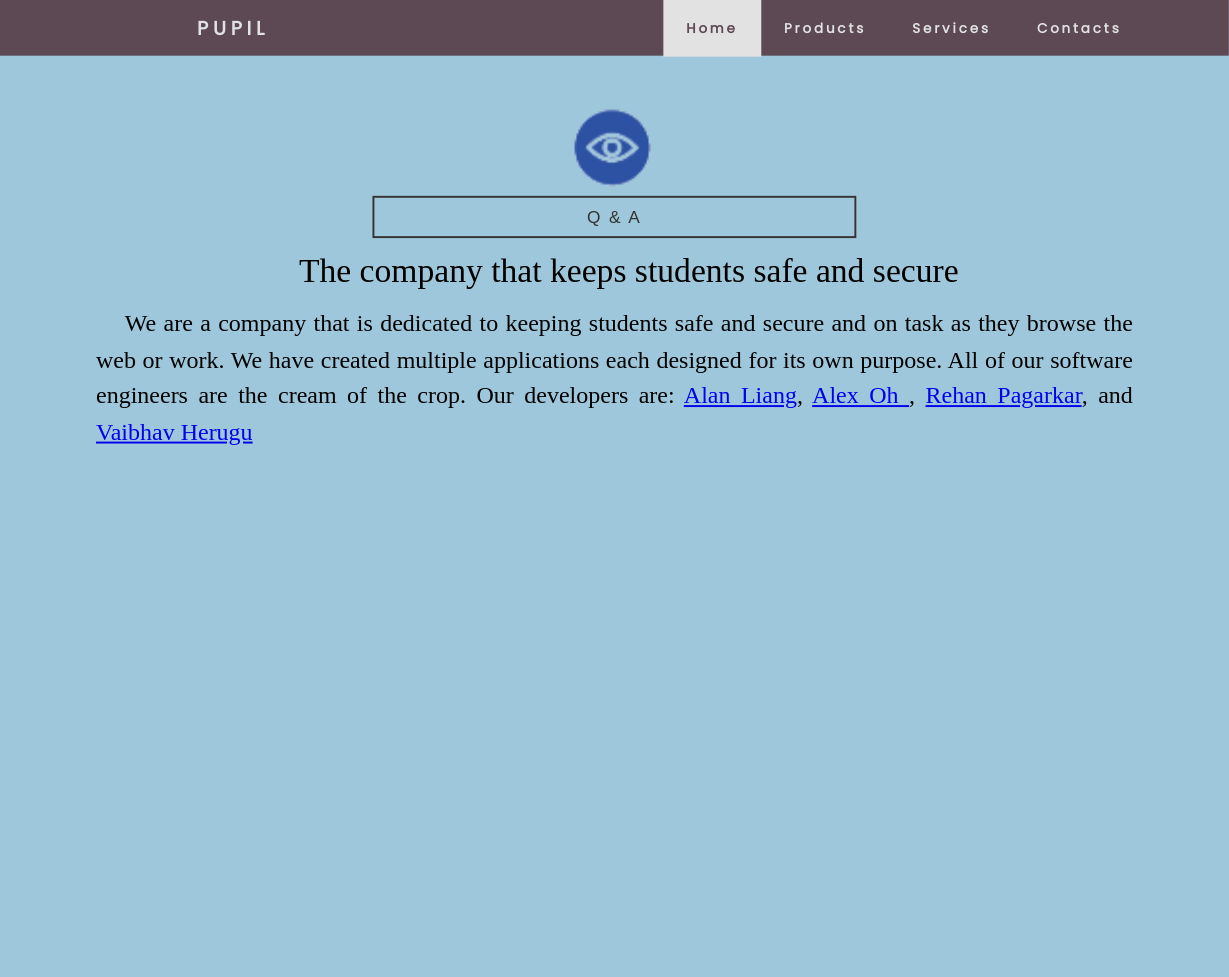
Repository: alexoh205/Pupil
Page: index.html
The author's editor kept a copy of each file at every save. The page is drawn from the files as they stood at one save, then again after the next save.
The browser window is 1280 px wide. The pictures show the whole page, at 96% of full size.
Some web fonts or font styles are not loaded; a fallback is used.

Above is the page before, as saved 2020-06-29 10:19:13.

### index.html
<!DOCTYPE html>
<html>

<head lang='en'>
    <meta charset='utf-8'>
    <link href="https://fonts.googleapis.com/css2?family=Comfortaa&display=swap" rel="stylesheet">
    <link href="https://fonts.googleapis.com/css2?family=Orbitron&display=swap" rel="stylesheet">
    <link href="https://fonts.googleapis.com/css2?family=Poppins&display=swap" rel="stylesheet">
    <link href="https://fonts.googleapis.com/css2?family=Open+Sans:wght@300&display=swap" rel="stylesheet">
    <link rel="stylesheet" href="templates/style.css">
    <title>Pupil</title>
</head>

<body class="background">
    <nav>
        <div class="logo">
            <h4>Pupil</h4>
        </div>
        <ul class="nav-links">
            <li>
                <a href="index.html" class="active">Home</a>
            </li>
            <li>
                <a href="templates/apps.html">Products</a>
            </li>
            <li>
                <a href="templates/services.html">Services</a>
            </li>
            <li>
                <a href="templates/contact_info.html">Contacts</a>
            </li>

        </ul>
        <div class="burger">
            <div class="line1"></div>
            <div class="line2"></div>
            <div class="line3"></div>
        </div>
    </nav>
    <script src="app.js"></script>
    <div class="main">
        <div>
            <div class='images'>
                <img src="templates/logo_pupil.png" alt="Our Logo" height=100>
            </div>
            <div class="wrapper">
                <a class="buttons" href="templates/q_n_a.html"><span>Q & A</span></a>
            </div>
        </div>
        <div>
            <p id='promise' style='font-size: 35px'>The company that keeps students safe and secure</p>
            <p id='about_us' style='font-size: 25px; margin-left: 100px; margin-right: 100px;'>We are a company that is dedicated to keeping students safe and secure and on task as they browse the web or work. We have created multiple applications each designed for its own purpose. All of our software engineers are the cream of the
                crop. Our developers are: <a href="templates/alan_bio.html">Alan Liang</a>, <a href="templates/alex_bio.html">Alex Oh </a>, <a href="templates/rehan_bio.html">Rehan Pagarkar</a>, and <a href="templates/vaibhav_bio.html">Vaibhav Herugu</a></p>
        </div>
    </div>
</body>

</html>

### templates/style.css
@font-face {
    src: url(Helvetica.ttf);
    font-family: Helvetica;
}
* {
    margin: 0;
    padding: 0;
}/*reset code*/
h2 {
    font-family: 'Comfortaa', cursive;
    font-style: normal;
    text-align: center;
    text-decoration: underline;
    color: #C20401;
}
h3 {
    font-family: 'Open Sans', sans-serif;
    font-size: 28px;
    font-style: normal;
    text-align: center;
    text-decoration: underline;
    line-height: 100px;
}
.headers {
    font-size: 24px;
    line-height: 40px;
    margin-top: 20px;
}
ul {
    text-align: center;
}
p {
    font-family: Helvetica;
    font-size: 20px;
    text-indent: 30px;
    line-height: 24px;
    text-align: justify;
}
.main {
    margin-top: 100px;
}
.contact_info {
    line-height: 30px;
}
.Bios {
    margin-left: 400px;
    margin-right: 400px;
    margin-top: 20px;
}
.form {
    text-indent: 0px;
    line-height: 40px;
}
form .submit {
    background: #ff5722;
    border-color: transparent;
    color: #fff;
    font-size: 20px;
    font-weight: bold;
    letter-spacing: 2px;
    height: 50px;
    margin-top: 20px;
    padding-left: 20px;
    padding-right: 20px;
}
form .submit:hover {
    background-color: #f44336;
    cursor: pointer;
}
.buttons {
    display: block;
    width: 500px;
    line-height: 40px;
    font-size: 18px;
    font-family: sans-serif;
    text-decoration: none;
    color: #333;
    position: relative;
    border: 2px solid #333;
    letter-spacing: 2px;
    text-align: center;
    transition: all .35s;
    margin: auto;
}
.buttons span {
    position: relative;
    z-index: 2;
}
.buttons:after {
    position: absolute;
    content: "";
    top: 0;
    left: 0;
    width: 0;
    height: 100%;
    background: #ff003b;
    transition: all .35s;
}
.buttons:hover {
    color: #fff;
}
.buttons:hover:after {
    width: 100%;
}
.images {
    text-align: center;
}
div#Title {
    background-color: #10044A;
    text-align: center;
}
p#promise {
    text-align: center;
    font-family: 'Comfortaa', cursive;
    color: black;
    line-height: 200%;
    font-size: 50px;
}
p#about_us {
    font-family: 'Comfortaa', cursive;
    line-height: 1.5;
    color: black;
    height: 700px;
}
#saying {
    font-family: 'Open Sans', sans-serif;
    line-height: 50px;
    text-align: center;
}
.background {
    background-color: #9FC7DB;
    background-size: cover;
}
.button {
    cursor: pointer;
    transition-duration: 0.4s;
}
header {
    position: absolute;
    top: 0;
    left: 0;
    padding: 0 100px;
    background: #262626;
    width: 100%;
    box-sizing: border-box;
}
nav {
    position: fixed;
    top: 0;
    left: 0;
    z-index: 9999;
    width: 100%;
    display: flex;
    justify-content: space-around;
    align-items: center;
    min-height: 8vh;
    background-color: #5d4954;
    font-family: 'Poppins', sans-serif;
}
.logo {
    font-family: 'Poppins', sans-serif;
    color: rgb(226, 226, 226);
    text-transform: uppercase;
    letter-spacing: 5px;
    font-size: 20px;
    text-decoration: none;
}
.nav-links {
    display: flex;
    justify-content: space-around;
    width: 30%; /*You can play around with the width */
}
.nav-links li {
    list-style: none; /*Removing the bullet points*/
}
.nav-links a{
    color: rgb(226, 226, 226);
    text-decoration: none;
    letter-spacing: 3px;
    font-weight: bold;
    font-size: 14px;
    padding: 29px 24px;
}
.burger {
    display: none;
    cursor: pointer;
}
.burger div {
    width: 25px;
    height: 3px;
    background-color: rgb(226, 226, 226);
    margin: 5px;
    transition: all 0.3s ease;
}
.nav-links a.active {
    color: #5d4954;
    background-color: rgb(226, 226, 226);
}
@media screen and (max-width:1024px) {
    .nav-links {
        width: 60%;
    }
}
@media screen and (max-width:768px) {
    body {
        overflow-x: hidden;
    }
    .nav-links {
        position: absolute;
        right: 0px;
        height: 92vh;
        top: 8vh;
        background-color: #5d4954;
        display: flex;
        flex-direction: column;
        align-items: center;
        width: 50%;
        transform: translateX(100%);
        transition: transform 0.5s ease-in;
    }
    .nav-links li {
        opacity: 0;
    }
    .nav-links a {
        padding: 29px 160px;
    }
    .burger {
        display: block;
    }
}
@media screen and (max-width: 704px) {
    .nav-links a {
        padding: 29px 143px;
    }
}
@media screen and (max-width: 640px) {
    .nav-links a {
        padding: 29px 126px;
    }
}
@media screen and (max-width: 512px) {
    .nav-links a {
        padding: 29px 95px;
    }
}
@media screen and (max-height:768px) and (min-width: 768.1px) {
    .nav-links a {
        padding: 20px 24px;
    }
}
@media screen and (max-height:512px) and (min-width: 768.1px) {
    .nav-links a {
        padding: 9px 24px;
    }
}
@media screen and (max-height:320px) and (min-width:768.1px) {
    .nav-links a {
        padding: 3px 24px;
    }
}
.nav-active{
    transform: translateX(0%);
}
@keyframes navLinkFade {
    from {
        opacity: 0;
        transform: translateX(50px);
    }
    to {
        opacity: 1;
        transform: translateX(0px);
    }
}
.toggle .line1 {
    transform: rotate(-45deg) translate(-5px, 6px);
}
.toggle .line2 {
    opacity: 0;
}
.toggle .line3 {
    transform: rotate(45deg) translate(-5px, -6px);
}

### app.js
const formInputs = document.querySelectorAll('.input_form');
const navSlide = () => {
    const burger = document.querySelector('.burger');
    const nav = document.querySelector('.nav-links');
    const navLinks = document.querySelectorAll('.nav-links li');

    burger.addEventListener('click',() => {
        //Toggle Nav
        nav.classList.toggle('nav-active');

        //Animate Links
        navLinks.forEach((link, index) => {
            if(link.style.animation) {
                link.style.animation = '';
            } else {
                link.style.animation = `navLinkFade 0.5s ease forwards ${index / 7 + 0.3}s`;
            }
        });
        //Burger Animation
        burger.classList.toggle('toggle');

    });

}

navSlide();

function submited() {
    alert('Your question has been submited!');
}

After the next save:
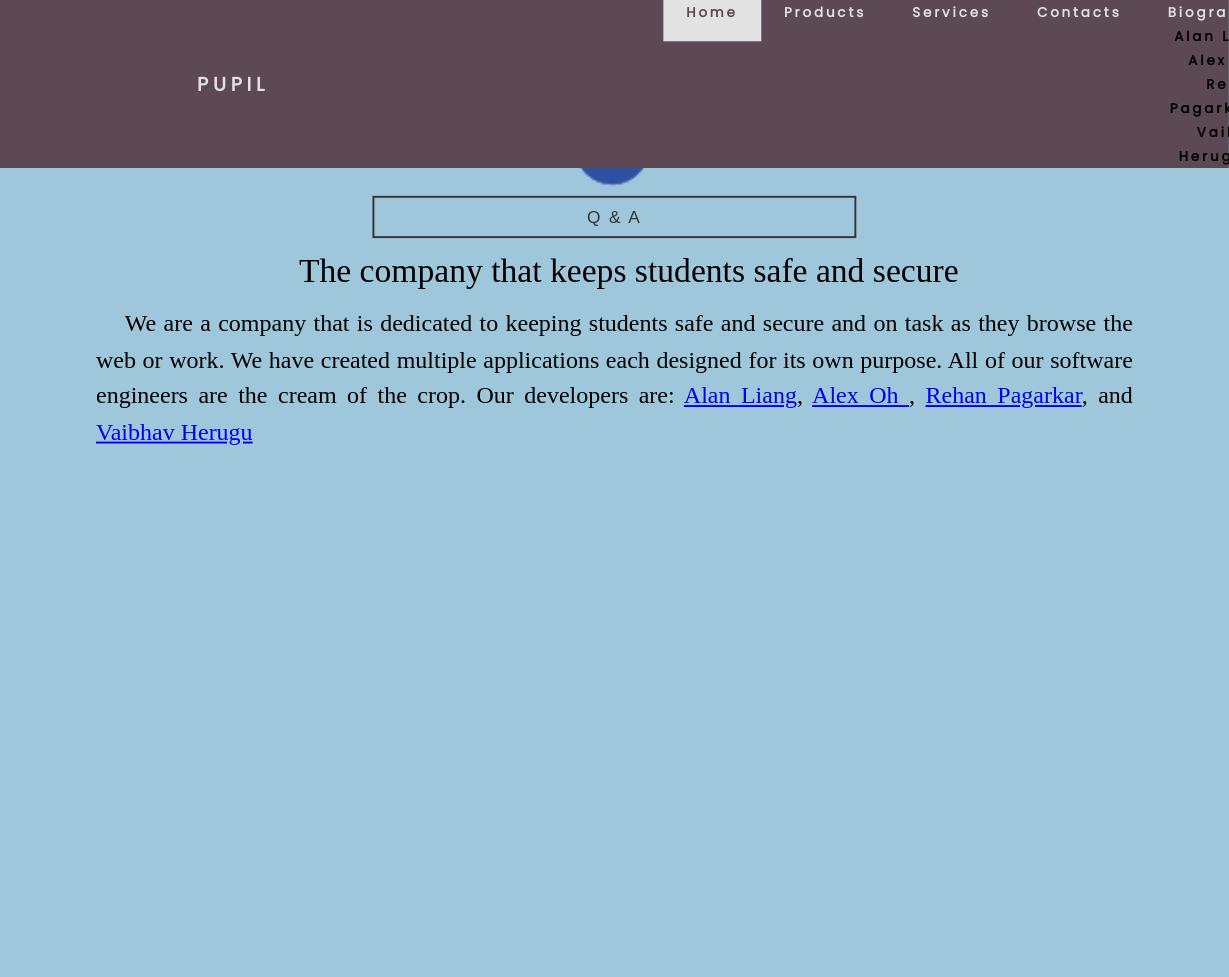
Saved 112 s later.
--- a/index.html
+++ b/index.html
@@ -1,58 +1,70 @@
 <!DOCTYPE html>
 <html>
-
-<head lang='en'>
-    <meta charset='utf-8'>
-    <link href="https://fonts.googleapis.com/css2?family=Comfortaa&display=swap" rel="stylesheet">
-    <link href="https://fonts.googleapis.com/css2?family=Orbitron&display=swap" rel="stylesheet">
-    <link href="https://fonts.googleapis.com/css2?family=Poppins&display=swap" rel="stylesheet">
-    <link href="https://fonts.googleapis.com/css2?family=Open+Sans:wght@300&display=swap" rel="stylesheet">
-    <link rel="stylesheet" href="templates/style.css">
-    <title>Pupil</title>
-</head>
-
-<body class="background">
-    <nav>
-        <div class="logo">
-            <h4>Pupil</h4>
-        </div>
-        <ul class="nav-links">
-            <li>
-                <a href="index.html" class="active">Home</a>
-            </li>
-            <li>
-                <a href="templates/apps.html">Products</a>
-            </li>
-            <li>
-                <a href="templates/services.html">Services</a>
-            </li>
-            <li>
-                <a href="templates/contact_info.html">Contacts</a>
-            </li>
-
-        </ul>
-        <div class="burger">
-            <div class="line1"></div>
-            <div class="line2"></div>
-            <div class="line3"></div>
-        </div>
-    </nav>
-    <script src="app.js"></script>
-    <div class="main">
-        <div>
-            <div class='images'>
-                <img src="templates/logo_pupil.png" alt="Our Logo" height=100>
+    <head lang='en'>
+        <meta charset='utf-8'>
+        <link href="https://fonts.googleapis.com/css2?family=Comfortaa&display=swap" rel="stylesheet">
+        <link href="https://fonts.googleapis.com/css2?family=Orbitron&display=swap" rel="stylesheet">
+        <link href="https://fonts.googleapis.com/css2?family=Poppins&display=swap" rel="stylesheet">
+        <link href="https://fonts.googleapis.com/css2?family=Open+Sans:wght@300&display=swap" rel="stylesheet">
+        <link rel="stylesheet" href="templates/style.css">
+        <title>Pupil</title>
+    </head>
+    <body class="background">
+        <nav>
+            <div class="logo">
+                <h4>Pupil</h4>
             </div>
-            <div class="wrapper">
-                <a class="buttons" href="templates/q_n_a.html"><span>Q & A</span></a>
+            <ul class="nav-links">
+                <li>
+                    <a href="index.html" class="active">Home</a>
+                </li>
+                <li>
+                    <a href="templates/apps.html">Products</a>
+                </li>
+                <li>
+                    <a href="templates/services.html">Services</a>
+                </li>
+                <li>
+                    <a href="templates/contact_info.html">Contacts</a>
+                </li>
+                <li class="dropdown"><a class="dropdown-toggle" data-toggle="dropdown" href="#">Biographies<span class="caret"></span></a>
+                    <ul class="dropdown-menu">
+                        <li>
+                            <a href="alan_bio.html" style='color: black;'>Alan Liang</a>
+                        </li>
+                        <li>
+                            <a href="alex_bio.html" style='color: black;'>Alex Oh</a>
+                        </li>
+                        <li>
+                            <a href="rehan_bio.html" style='color: black;'>Rehan Pagarkar</a>
+                        </li>
+                        <li>
+                            <a href="vaibhav_bio.html" style='color: black;'>Vaibhav Herugu</a>
+                        </li>
+                    </ul>
+                </li>
+            </ul>
+            <div class="burger">
+                <div class="line1"></div>
+                <div class="line2"></div>
+                <div class="line3"></div>
+            </div>
+        </nav>
+        <script src="app.js"></script>
+        <div class="main">
+            <div>
+                <div class='images'>
+                    <img src="templates/logo_pupil.png" alt="Our Logo" height=100>
+                </div>
+                <div class="wrapper">
+                    <a class="buttons" href="templates/q_n_a.html"><span>Q & A</span></a>
+                </div>
+            </div>
+            <div>
+                <p id='promise' style='font-size: 35px'>The company that keeps students safe and secure</p>
+                <p id='about_us' style='font-size: 25px; margin-left: 100px; margin-right: 100px;'>We are a company that is dedicated to keeping students safe and secure and on task as they browse the web or work. We have created multiple applications each designed for its own purpose. All of our software engineers are the cream of the
+                    crop. Our developers are: <a href="templates/alan_bio.html">Alan Liang</a>, <a href="templates/alex_bio.html">Alex Oh </a>, <a href="templates/rehan_bio.html">Rehan Pagarkar</a>, and <a href="templates/vaibhav_bio.html">Vaibhav Herugu</a></p>
             </div>
         </div>
-        <div>
-            <p id='promise' style='font-size: 35px'>The company that keeps students safe and secure</p>
-            <p id='about_us' style='font-size: 25px; margin-left: 100px; margin-right: 100px;'>We are a company that is dedicated to keeping students safe and secure and on task as they browse the web or work. We have created multiple applications each designed for its own purpose. All of our software engineers are the cream of the
-                crop. Our developers are: <a href="templates/alan_bio.html">Alan Liang</a>, <a href="templates/alex_bio.html">Alex Oh </a>, <a href="templates/rehan_bio.html">Rehan Pagarkar</a>, and <a href="templates/vaibhav_bio.html">Vaibhav Herugu</a></p>
-        </div>
-    </div>
-</body>
-
+    </body>
 </html>
